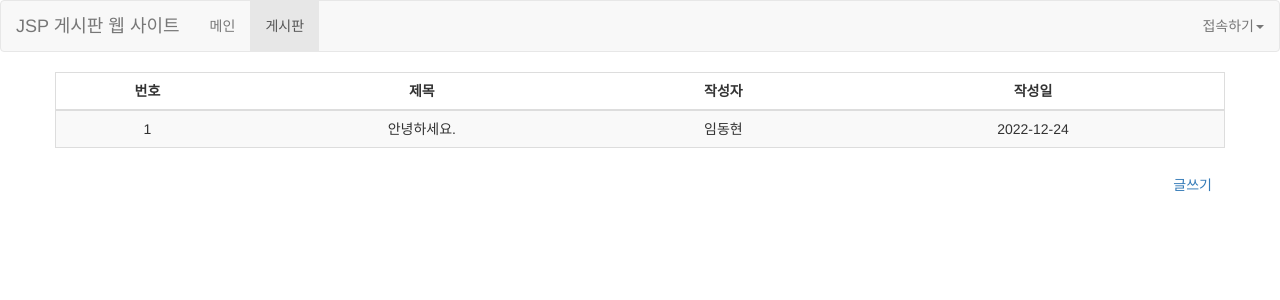
Repository: ehdgus0221/JAVA
Page: http://localhost/BBS/write.jsp
These files come from the project's save history. The page is drawn as it stood at one moment and after the next save; the edit follows.
The browser window is 1280 px wide. The pictures show the whole page.
Some web libraries are served in a nearby version. The page is served by Tomcat 9. Other server files are loaded and not shown.

Above is the page before, as saved 2022-12-24 05:48:47.

### Board-Basic/projects/BBS/src/main/webapp/write.jsp
<!-- 가장 많이 쓰이는 인코딩 UTF-8로 바꾸기, 한글,영어 둘다 지원 -->
<%@ page language="java" contentType="text/html; charset=UTF-8"
    pageEncoding="UTF-8"%>
 <%@ page import="java.io.PrintWriter" %>
<!DOCTYPE html>
<html>
<head>
<meta charset="UTF-8">
<!-- 반응형 웹에서 사용되는 meta 태그 사용 -->
<meta name="viewport" content="width=device-width", initial-scale="1">
<link rel="stylesheet" href="css/bootstrap.css">
<title>JSP 게시판 웹 사이트</title>
</head>
<body>
	<%
	//로그인을 한 사람은 userID변수에 값이 들어간다.
		String userID = null;
	if (session.getAttribute("userID") != null){
		userID=(String)session.getAttribute("userID");
	}
	%>

	<nav class="navbar navbar-default">
		<div class="navbar-header">
			<button type="button" class="navbar-toggle collapsed"
				data-toggle="collapse" data-target="#bs-example-navbar-collapse-1"
				aria-expanded="false">
				<span class="icon-bar"></span>
				<span class="icon-bar"></span>
				<span class="icon-bar"></span>
			</button>
			<a class="navbar-brand" href="main.jsp">JSP 게시판 웹 사이트</a>
		</div>
		<div class="collapse navbar-collapse" id="bs-example-navbar-collapse-1">
			<ul class="nav navbar-nav">
				<li><a href="main.jsp">메인</a></li>
				<li class="active"><a href="bbs.jsp">게시판</a></li>
			</ul>
			<%
				if(userID == null) {
			%>
			<ul class="nav navbar-nav navbar-right">
				<li class="dropdown">
				<a href="#" class="dropdown-toggle"
					data-toggle="dropdown" role="button" aria-haspopup="true"
					aria-expanded="false">접속하기<span class="caret"></span></a>
					<ul class="dropdown-menu">
						<li><a href="login.jsp">로그인</a></li>
						<li><a href="join.jsp">회원가입</a></li>
					</ul>
				</li>
			</ul>
			<%
				} else{
			%>
			<ul class="nav navbar-nav navbar-right">
				<li class="dropdown">
				<a href="#" class="dropdown-toggle"
					data-toggle="dropdown" role="button" aria-haspopup="true"
					aria-expanded="false">회원가입<span class="caret"></span></a>
					<ul class="dropdown-menu">
						<li><a href="logoutAction.jsp">로그아웃</a></li>
					</ul>
				</li>
			</ul>

			<%
				}
			%>

		</div>
	</nav>
	<div class="container">
		<div class="row">
			<table class="table table-striped" style="text-align:center; border: 1px solid #dddddd">
				<thead>
					<tr>
						<th style="backgroud-color: #eeeeee; text-align:center;">번호</th>
						<th style="backgroud-color: #eeeeee; text-align:center;">제목</th>
						<th style="backgroud-color: #eeeeee; text-align:center;">작성자</th>
						<th style="backgroud-color: #eeeeee; text-align:center;">작성일</th>
					</tr>
				</thead>
				<tbody>
					<tr>
						<td>1</td>
						<td>안녕하세요.</td>
						<td>임동현</td>
						<td>2022-12-24</td>
					</tr>
				</tbody>
			</table>
			<a href="write.jsp" class="btn btn:primary pull-right">글쓰기</a>
		</div>
	</div>
	<!-- 애니메이션 기능으로 script 태그 사용 -->
	<script src="https://code.jquery.com/jquery-3.1.1.min.js"></script>
	<script src="js/bootstrap.js"></script>
</body>
</html>

Loaded but not shown: Board-Basic/projects/BBS/src/main/webapp/css/bootstrap.css (library); Board-Basic/projects/BBS/src/main/webapp/js/bootstrap.js (library)

After the next save:
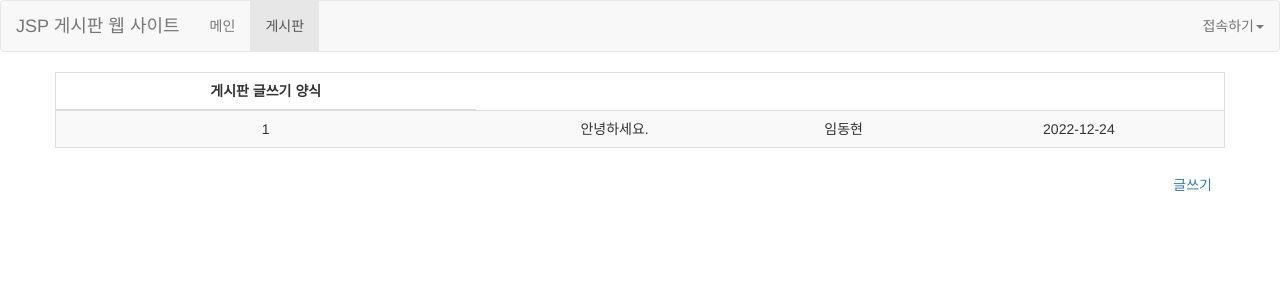
Saved 22 s later.
--- a/Board-Basic/projects/BBS/src/main/webapp/write.jsp
+++ b/Board-Basic/projects/BBS/src/main/webapp/write.jsp
@@ -75,11 +75,7 @@
 			<table class="table table-striped" style="text-align:center; border: 1px solid #dddddd">
 				<thead>
 					<tr>
-						<th style="backgroud-color: #eeeeee; text-align:center;">번호</th>
-						<th style="backgroud-color: #eeeeee; text-align:center;">제목</th>
-						<th style="backgroud-color: #eeeeee; text-align:center;">작성자</th>
-						<th style="backgroud-color: #eeeeee; text-align:center;">작성일</th>
-					</tr>
+						<th style="backgroud-color: #eeeeee; text-align:center;">게시판 글쓰기 양식</th>
 				</thead>
 				<tbody>
 					<tr>
